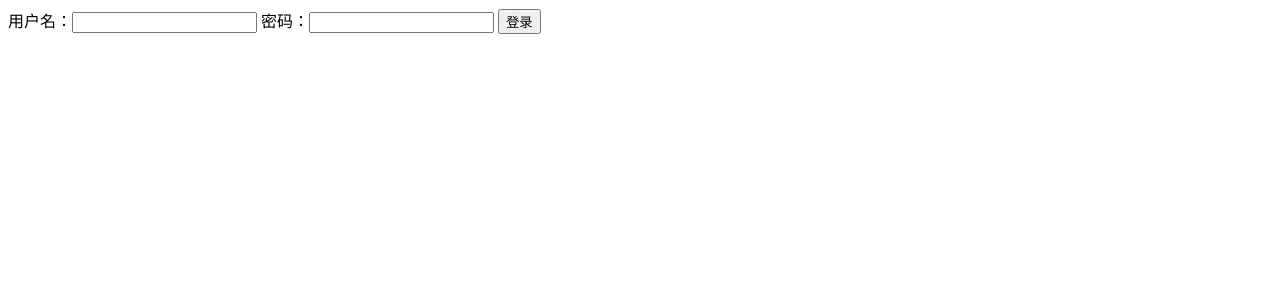
Repository: 99708/java_EE
Page: http://localhost/ssm_upload_download/login.jsp
These files come from the project's save history. The page is drawn as it stood at one moment and after the next save; the edit follows.
The browser window is 1280 px wide. The pictures show the whole page.
The page is served by Tomcat 9.

Above is the page before, as saved 2018-11-19 11:44:23.

After the next save:
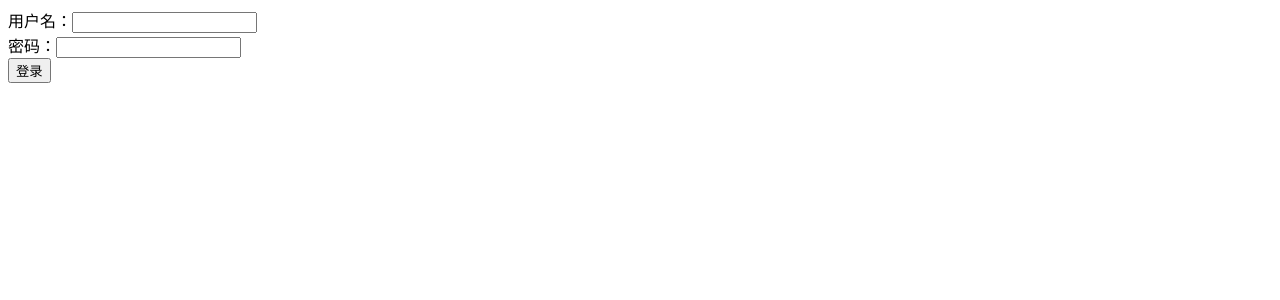
Saved 25 s later.
--- a/ssm_upload_download/WebContent/login.jsp
+++ b/ssm_upload_download/WebContent/login.jsp
@@ -7,8 +7,8 @@
 <title>Insert title here</title>
 </head>
 <body>
-	用户名：<input type="text" name="uname" id="unameId" value=""/>
-	密码：<input type="password" name="password" id="password" value=""/>
+	用户名：<input type="text" name="uname" id="unameId" value=""/><br />
+	密码：<input type="password" name="password" id="password" value=""/><br />
 	<input type="submit" value="登录"/>
 </body>
 </html>
